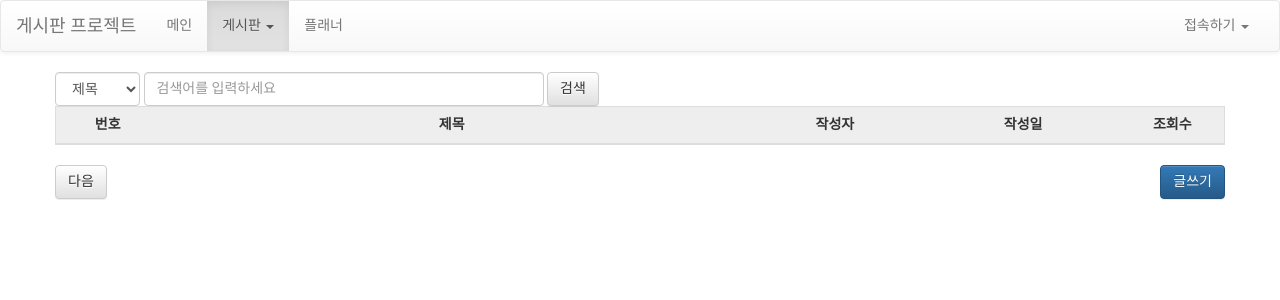
Repository: Seok7975/Project_PlannerSharingBoard
Page: http://localhost/ToDoList공유_게시판_ver3/bbs.jsp?bbsCategory=all
An editor plug-in stored every save of this project. The page is shown before and after the next save, followed by the edit.
The browser window is 1280 px wide. The pictures show the whole page.
Some web fonts or font styles are not loaded; a fallback is used. Some web libraries are served in a nearby version. The page is served by Tomcat 9. Other server files are loaded and not shown. Queries for data that is not in the repository find no rows.

Above is the page before, as saved 2024-07-03 08:06:06.

### List_Projects_ver3/ToDoList공유 게시판_ver3/src/main/webapp/bbs.jsp
<!--  게시판 -->

<%-- <%@ page language="java" contentType="text/html; charset=UTF-8"
    pageEncoding="UTF-8"%>
<%@ page import="java.io.PrintWriter" %>
<%@ page import="bbs.BbsDAO" %>
<%@ page import="bbs.Bbs" %>
<%@ page import="java.util.ArrayList" %>
<!DOCTYPE html>
<html>
<head>
<meta http-equiv="Content-Type" content="text/html; charset=UTF-8">
<meta name="viewport" content="width=device-width, initial-scale=1">
<!-- Latest compiled and minified CSS -->
<link rel="stylesheet" href="https://cdn.jsdelivr.net/npm/bootstrap@3.3.7/dist/css/bootstrap.min.css" integrity="sha384-BVYiiSIFeK1dGmJRAkycuHAHRg32OmUcww7on3RYdg4Va+PmSTsz/K68vbdEjh4u" crossorigin="anonymous">
<!-- Optional theme -->
<link rel="stylesheet" href="https://cdn.jsdelivr.net/npm/bootstrap@3.3.7/dist/css/bootstrap-theme.min.css" integrity="sha384-rHyoN1iRsVXV4nD0JutlnGaslCJuC7uwjduW9SVrLvRYooPp2bWYgmgJQIXwl/Sp" crossorigin="anonymous">
<!-- jQuery (necessary for Bootstrap's JavaScript plugins) -->
<script src="https://code.jquery.com/jquery-3.1.1.min.js"></script>
<!-- Latest compiled and minified JavaScript -->
<script src="https://cdn.jsdelivr.net/npm/bootstrap@3.3.7/dist/js/bootstrap.min.js" integrity="sha384-Tc5IQib027qvyjSMfHjOMaLkfuWVxZxUPnCJA7l2mCWNIpG9mGCD8wGNIcPD7Txa" crossorigin="anonymous"></script>
<link rel="stylesheet" href="css/jumbotronCustom.css">
<title>JSP 게시판 웹 사이트</title>
<style type="text/css">
	a, a:hover {
		color : #000000;
		text-decoration: none;
	}
</style>
</head>
<body>
<%
	String userID = null;
	if (session.getAttribute("userID") != null) {
		userID = (String) session.getAttribute("userID");
	}
	int pageNumber = 1;
	if (request.getParameter("pageNumber") != null) {
		pageNumber = Integer.parseInt(request.getParameter("pageNumber"));
	}
%>
	<nav class="navbar navbar-default">
		<div class="container-fluid">
			<div class="navbar-header">
				<button type="button" class="navbar-toggle collapsed" data-toggle="collapse" data-target="#bs-example-navbar-collapse-1" aria-expanded="false">
					<span class="sr-only">Toggle navigation</span>
					<span class="icon-bar"></span>
					<span class="icon-bar"></span>
					<span class="icon-bar"></span>
				</button>
				<a class="navbar-brand" href="main.jsp">게시판 프로젝트</a>
			</div>
			<div class="collapse navbar-collapse" id="bs-example-navbar-collapse-1">
				<ul class="nav navbar-nav">
					<li><a href="main.jsp">메인</a></li>
					<li class="active"><a href="bbs.jsp">게시판</a></li>
					<li><a href="planner/planner.jsp">플래너</a></li>
				</ul>
				<%
					if(userID == null) {
				%>
					<ul class="nav navbar-nav navbar-right">
						<li class="dropdown">
							<a href="#" class="dropdown-toggle" data-toggle="dropdown" role="button" aria-haspopup="true" aria-expanded="false">접속하기 <span class="caret"></span></a>
							<ul class="dropdown-menu">
								<li><a href="joinAndLogin/login.jsp">로그인</a></li>
								<li><a href="joinAndLogin/join.jsp">회원가입</a></li>
							</ul>
						</li>
					</ul>
				<%
					} else {
				%>
						<ul class="nav navbar-nav navbar-right">
						<li class="dropdown">
							<a href="#" class="dropdown-toggle" data-toggle="dropdown" role="button" aria-haspopup="true" aria-expanded="false">회원관리<span class="caret"></span></a>
							<ul class="dropdown-menu">
								<li><a href="logoutAction.jsp">로그아웃</a></li>
							</ul>
						</li>
					</ul>
				<%
					}
				%>
			</div>
		</div>
	</nav>

	<div class="container">
		<div class="row">
			<table class="table table-striped" style="text-align: center; border: 1px solid #dddddd">
				<thead>
					<tr>
						<th style="background-color: #eeeeee; text-align: center;">번호</th>
						<th style="background-color: #eeeeee; text-align: center;">제목</th>
						<th style="background-color: #eeeeee; text-align: center;">작성자</th>
						<th style="background-color: #eeeeee; text-align: center;">작성일</th>
						<th style="background-color: #eeeeee; text-align: center;">조회수</th>
					</tr>
				</thead>
				<tbody> <!-- 예시 -->
					<tr>
					<%
						BbsDAO bbsDAO = new BbsDAO();
						ArrayList<Bbs> list = bbsDAO.getList(pageNumber);
						for(int i = 0; i < list.size(); i++) {
					%>
						<td><%= list.get(i).getBbsID() %></td>
						<td><a href="view.jsp?bbsID=<%= list.get(i).getBbsID() %>"><%= list.get(i).getBbsTitle() %></a></td>
						<td><%= list.get(i).getUserID() %></td>
						<td><%= list.get(i).getBbsDate().substring(0, 11) + list.get(i).getBbsDate().substring(11,13) + "시" + list.get(i).getBbsDate().substring(14, 16) + "분" %></td>
						<td><%= list.get(i).getViewCount() %></td>
					<tr>
					<%
						}
					%>
				</tbody>
			</table>
			<%
				if(pageNumber != 1) {
			%>
				<a href="bbs.jsp?pageNumber=<%=pageNumber - 1%>" class="btn btn-success btn-arraw-left">이전</a>
			<%
				}
				if(bbsDAO.nextPage(pageNumber + 1)) {
			%>
					<a href="bbs.jsp?pageNumber=<%=pageNumber + 1%>" class="btn btn-success btn-arraw-right">다음</a>
			<%
				}
			%>
			<a href="write.jsp" class="btn btn-primary pull-right">글쓰기</a>
		</div>
	</div>
</body>
</html> --%>



<!--  게시판 -->

<%@ page language="java" contentType="text/html; charset=UTF-8"
    pageEncoding="UTF-8"%>
<%@ page import="java.io.PrintWriter" %>
<%@ page import="bbs.BbsDAO" %>
<%@ page import="bbs.Bbs" %>
<%@ page import="java.util.ArrayList" %>
<!DOCTYPE html>
<html>
<head>
<meta http-equiv="Content-Type" content="text/html; charset=UTF-8">
<meta name="viewport" content="width=device-width, initial-scale=1">
<!-- Latest compiled and minified CSS -->
<link rel="stylesheet" href="https://cdn.jsdelivr.net/npm/bootstrap@3.3.7/dist/css/bootstrap.min.css" integrity="sha384-BVYiiSIFeK1dGmJRAkycuHAHRg32OmUcww7on3RYdg4Va+PmSTsz/K68vbdEjh4u" crossorigin="anonymous">
<!-- Optional theme -->
<link rel="stylesheet" href="https://cdn.jsdelivr.net/npm/bootstrap@3.3.7/dist/css/bootstrap-theme.min.css" integrity="sha384-rHyoN1iRsVXV4nD0JutlnGaslCJuC7uwjduW9SVrLvRYooPp2bWYgmgJQIXwl/Sp" crossorigin="anonymous">
<link rel="stylesheet" href="css/bbsStyle.css"> <!-- 외부 CSS 파일 참조 -->
<!-- jQuery (necessary for Bootstrap's JavaScript plugins) -->
<script src="https://code.jquery.com/jquery-3.1.1.min.js"></script>
<!-- Latest compiled and minified JavaScript -->
<script src="https://cdn.jsdelivr.net/npm/bootstrap@3.3.7/dist/js/bootstrap.min.js" integrity="sha384-Tc5IQib027qvyjSMfHjOMaLkfuWVxZxUPnCJA7l2mCWNIpG9mGCD8wGNIcPD7Txa" crossorigin="anonymous"></script>
<link rel="stylesheet" href="css/jumbotronCustom.css">
<title>JSP 게시판 웹 사이트</title>
<style>
    .navbar-nav > .dropdown:hover > .dropdown-menu {
        display: block;
    }
</style>
</head>
<body>
<%
    String userID = null;
    if (session.getAttribute("userID") != null) {
        userID = (String) session.getAttribute("userID");
    }
    int pageNumber = 1;
    if (request.getParameter("pageNumber") != null) {
        pageNumber = Integer.parseInt(request.getParameter("pageNumber"));
    }
    String searchType = request.getParameter("searchType");
    String searchKeyword = request.getParameter("searchKeyword");
    String bbsCategory = request.getParameter("bbsCategory");
%>
    <nav class="navbar navbar-default">
        <div class="container-fluid">
            <div class="navbar-header">
                <button type="button" class="navbar-toggle collapsed" data-toggle="collapse" data-target="#bs-example-navbar-collapse-1" aria-expanded="false">
                    <span class="sr-only">Toggle navigation</span>
                    <span class="icon-bar"></span>
                    <span class="icon-bar"></span>
                    <span class="icon-bar"></span>
                </button>
                <a class="navbar-brand" href="main.jsp">게시판 프로젝트</a>
            </div>
            <div class="collapse navbar-collapse" id="bs-example-navbar-collapse-1">
                <ul class="nav navbar-nav">
                    <li><a href="main.jsp">메인</a></li>
                    <li class="dropdown active">
                        <a href="#" class="dropdown-toggle" data-toggle="dropdown" role="button" aria-haspopup="true" aria-expanded="false">게시판 <span class="caret"></span></a>
                        <ul class="dropdown-menu">
                            <li><a href="bbs.jsp?bbsCategory=free">자유게시판</a></li>
                            <li><a href="bbs.jsp?bbsCategory=study">공부게시판</a></li>
                            <li><a href="bbs.jsp?bbsCategory=exercise">운동게시판</a></li>
                        </ul>
                    </li>
                    <li><a href="planner/planner.jsp">플래너</a></li>
                </ul>
                <%
                    if(userID == null) {
                %>
                    <ul class="nav navbar-nav navbar-right">
                        <li class="dropdown">
                            <a href="#" class="dropdown-toggle" data-toggle="dropdown" role="button" aria-haspopup="true" aria-expanded="false">접속하기 <span class="caret"></span></a>
                            <ul class="dropdown-menu">
                                <li><a href="joinAndLogin/login.jsp">로그인</a></li>
                                <li><a href="joinAndLogin/join.jsp">회원가입</a></li>
                            </ul>
                        </li>
                    </ul>
                <%
                    } else {
                %>
                        <ul class="nav navbar-nav navbar-right">
                        <li class="dropdown">
                            <a href="#" class="dropdown-toggle" data-toggle="dropdown" role="button" aria-haspopup="true" aria-expanded="false">회원관리<span class="caret"></span></a>
                            <ul class="dropdown-menu">
                            	<li><a href="profile.jsp">My Profile</a></li>
                                <li><a href="joinAndLogin/logoutAction.jsp">로그아웃</a></li>
                            </ul>
                        </li>
                    </ul>
                <%
                    }
                %>
            </div>
        </div>
    </nav>

    <div class="container">
        <div class="row">
            <form class="form-inline" method="get" action="bbs.jsp">
                <div class="form-group">
                    <select class="form-control" name="searchType">
                        <option value="title" <%= "title".equals(searchType) ? "selected" : "" %>>제목</option>
                        <option value="content" <%= "content".equals(searchType) ? "selected" : "" %>>내용</option>
                        <option value="writer" <%= "writer".equals(searchType) ? "selected" : "" %>>작성자</option>
                    </select>
                </div>
                <div class="form-group">
                    <input type="text" class="form-control" name="searchKeyword" placeholder="검색어를 입력하세요" value="<%= (searchKeyword != null && !searchKeyword.equals("")) ? searchKeyword : "" %>" style="width: 400px;">
                </div>
                <button type="submit" class="btn btn-default">검색</button>
            </form>
            <table class="table table-striped" style="text-align: center; border: 1px solid #dddddd">
                <thead>
                    <tr>
                        <th class="number-col" style="background-color: #eeeeee; text-align: center;">번호</th>
                        <th class="title-col" style="background-color: #eeeeee; text-align: center;">제목</th>
                        <th class="writer-col" style="background-color: #eeeeee; text-align: center;">작성자</th>
                        <th class="date-col"style="background-color: #eeeeee; text-align: center;">작성일</th>
                        <th class="viewCount-col"style="background-color: #eeeeee; text-align: center;">조회수</th>
                    </tr>
                </thead>
                <tbody>
                    <%
                        BbsDAO bbsDAO = new BbsDAO();
                        ArrayList<Bbs> list;
                        int totalPage;
                        if (searchKeyword != null && !searchKeyword.equals("")) { // 검색어가 있을 때
                            list = bbsDAO.searchList(pageNumber, searchType, searchKeyword, bbsCategory);
                            totalPage = (bbsDAO.getSearchPostCount(searchType, searchKeyword, bbsCategory) + 9) / 10; // 검색 결과의 총 페이지 수 계산
                        } else { // 검색어가 없을 때
                            list = bbsDAO.getListByCategory(bbsCategory, pageNumber);
                            totalPage = bbsDAO.getTotalPageCountByCategory(bbsCategory); // 카테고리별 게시물의 총 페이지 수 계산
                        }
                        for(int i = 0; i < list.size(); i++) {
                    %>
                        <tr>
                            <td><%= list.get(i).getBbsID() %></td>
                            <td><a href="view.jsp?bbsID=<%= list.get(i).getBbsID() %>"><%= list.get(i).getBbsTitle() %></a></td>
                            <td><%= list.get(i).getUserID() %></td>
                            <td><%= list.get(i).getBbsDate().substring(0, 11) + list.get(i).getBbsDate().substring(11,13) + "시" + list.get(i).getBbsDate().substring(14, 16) + "분" %></td>
                            <td><%= list.get(i).getViewCount() %></td>
                        </tr>
                    <%
                        }
                    %>
                </tbody>
            </table>
            <div style="text-align: center;">
                <%
                    int pageBlock = 5;
                    int startPage = ((pageNumber - 1) / pageBlock) * pageBlock + 1;
                    int endPage = startPage + pageBlock - 1;

                    if(pageNumber != 1) {
                %>
                    <a href="bbs.jsp?pageNumber=<%= pageNumber - 1 %>&searchType=<%= searchType %>&searchKeyword=<%= (searchKeyword != null && !searchKeyword.equals("")) ? searchKeyword : "" %>&bbsCategory=<%= bbsCategory %>" class="btn btn-default pull-left">이전</a>
                <%
                    }
                    for (int i = startPage; i <= endPage && i <= totalPage; i++) {
                %>
                    <a href="bbs.jsp?pageNumber=<%= i %>&searchType=<%= searchType %>&searchKeyword=<%= (searchKeyword != null && !searchKeyword.equals("")) ? searchKeyword : "" %>&bbsCategory=<%= bbsCategory %>" class="btn <%= (i == pageNumber) ? "btn-primary pull-left" : "btn-default pull-left" %>"><%= i %></a>
                <%
                    }
                    if(pageNumber != totalPage) {
                %>
                    <a href="bbs.jsp?pageNumber=<%= pageNumber + 1 %>&searchType=<%= searchType %>&searchKeyword=<%= (searchKeyword != null && !searchKeyword.equals("")) ? searchKeyword : "" %>&bbsCategory=<%= bbsCategory %>" class="btn btn-default pull-left">다음</a>
                <%
                    }
                %>
                <a href="write.jsp" class="btn btn-primary pull-right">글쓰기</a>
            </div>
        </div>
    </div>
</body>
</html>

### List_Projects_ver3/ToDoList공유 게시판_ver3/src/main/webapp/css/bbsStyle.css
@charset "UTF-8";
/* body {
     background-color: #e0f7fa;   생동감 있는 옅은 파란색 배경
} */

a, a:hover {
    color : #000000;
    text-decoration: none;
}

.table {
    width: 100%;
    table-layout: fixed;
    border-collapse: collapse;
}

.table th.number-col {
    width: 8%;
}
.table th.title-col {
    width: 45%;
}
.table th.writer-col {
    width: 14%;
}

.table th.date-col {
	width: 15%;
}

.table th.viewCount-col {
	width: 8%;
}

.table th, .table td {
	/* border: 1px solid #ddd; */
	white-space: nowrap;
	overflow: hidden;
	text-overflow: ellipsis;
}

.table td {
    text-align: center;
    /* border: 1px solid #dddddd; */
       background-color: #fefefe;
}

### List_Projects_ver3/ToDoList공유 게시판_ver3/src/main/webapp/css/jumbotronCustom.css

@import url(http://fonts.googleapis.com/earlyaccess/nanumgothic.css);
@import url(http://fonts.googleapis.com/earlyaccess/hanna.css);
* {
	font-family : 'Nanum Gothic';
}

h1 {
	font-family : 'Hanna';
}

Loaded but not shown: List_Projects_ver3/ToDoList공유 게시판_ver3/src/main/java/bbs/BbsDAO.java (332 lines, source omitted)

After the next save:
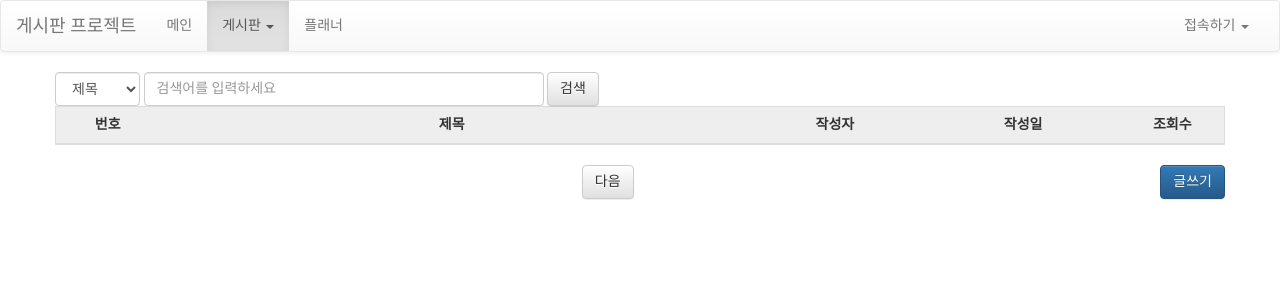
Saved 28 min 29 s later.
--- a/List_Projects_ver3/ToDoList공유 게시판_ver3/src/main/webapp/bbs.jsp
+++ b/List_Projects_ver3/ToDoList공유 게시판_ver3/src/main/webapp/bbs.jsp
@@ -137,7 +137,6 @@
 
 
 <!--  게시판 -->
-
 <%@ page language="java" contentType="text/html; charset=UTF-8"
     pageEncoding="UTF-8"%>
 <%@ page import="java.io.PrintWriter" %>
@@ -163,6 +162,39 @@
 <style>
     .navbar-nav > .dropdown:hover > .dropdown-menu {
         display: block;
+    }
+    a, a:hover {
+        color : #000000;
+        text-decoration: none;
+    }
+    .table {
+        width: 100%;
+        table-layout: fixed;
+        border-collapse: collapse;
+    }
+    .table th.number-col {
+        width: 8%;
+    }
+    .table th.title-col {
+        width: 45%;
+    }
+    .table th.writer-col {
+        width: 14%;
+    }
+    .table th.date-col {
+        width: 15%;
+    }
+    .table th.viewCount-col {
+        width: 8%;
+    }
+    .table th, .table td {
+        white-space: nowrap;
+        overflow: hidden;
+        text-overflow: ellipsis;
+    }
+    .table td {
+        text-align: center;
+        background-color: #fefefe;
     }
 </style>
 </head>
@@ -278,7 +310,7 @@
                             <td><%= list.get(i).getBbsID() %></td>
                             <td><a href="view.jsp?bbsID=<%= list.get(i).getBbsID() %>"><%= list.get(i).getBbsTitle() %></a></td>
                             <td><%= list.get(i).getUserID() %></td>
-                            <td><%= list.get(i).getBbsDate().substring(0, 11) + list.get(i).getBbsDate().substring(11,13) + "시" + list.get(i).getBbsDate().substring(14, 16) + "분" %></td>
+                            <td><%= list.get(i).getBbsDate().substring(0, 11) + " " + list.get(i).getBbsDate().substring(11,13) + "시 " + list.get(i).getBbsDate().substring(14, 16) + "분" %></td>
                             <td><%= list.get(i).getViewCount() %></td>
                         </tr>
                     <%
@@ -294,17 +326,17 @@
 
                     if(pageNumber != 1) {
                 %>
-                    <a href="bbs.jsp?pageNumber=<%= pageNumber - 1 %>&searchType=<%= searchType %>&searchKeyword=<%= (searchKeyword != null && !searchKeyword.equals("")) ? searchKeyword : "" %>&bbsCategory=<%= bbsCategory %>" class="btn btn-default pull-left">이전</a>
+                    <a href="bbs.jsp?pageNumber=<%= pageNumber - 1 %>&searchType=<%= searchType %>&searchKeyword=<%= (searchKeyword != null && !searchKeyword.equals("")) ? searchKeyword : "" %>&bbsCategory=<%= bbsCategory %>" class="btn btn-default">이전</a>
                 <%
                     }
                     for (int i = startPage; i <= endPage && i <= totalPage; i++) {
                 %>
-                    <a href="bbs.jsp?pageNumber=<%= i %>&searchType=<%= searchType %>&searchKeyword=<%= (searchKeyword != null && !searchKeyword.equals("")) ? searchKeyword : "" %>&bbsCategory=<%= bbsCategory %>" class="btn <%= (i == pageNumber) ? "btn-primary pull-left" : "btn-default pull-left" %>"><%= i %></a>
+                    <a href="bbs.jsp?pageNumber=<%= i %>&searchType=<%= searchType %>&searchKeyword=<%= (searchKeyword != null && !searchKeyword.equals("")) ? searchKeyword : "" %>&bbsCategory=<%= bbsCategory %>" class="btn <%= (i == pageNumber) ? "btn-primary" : "btn-default" %>"><%= i %></a>
                 <%
                     }
                     if(pageNumber != totalPage) {
                 %>
-                    <a href="bbs.jsp?pageNumber=<%= pageNumber + 1 %>&searchType=<%= searchType %>&searchKeyword=<%= (searchKeyword != null && !searchKeyword.equals("")) ? searchKeyword : "" %>&bbsCategory=<%= bbsCategory %>" class="btn btn-default pull-left">다음</a>
+                    <a href="bbs.jsp?pageNumber=<%= pageNumber + 1 %>&searchType=<%= searchType %>&searchKeyword=<%= (searchKeyword != null && !searchKeyword.equals("")) ? searchKeyword : "" %>&bbsCategory=<%= bbsCategory %>" class="btn btn-default">다음</a>
                 <%
                     }
                 %>

After the save that followed:
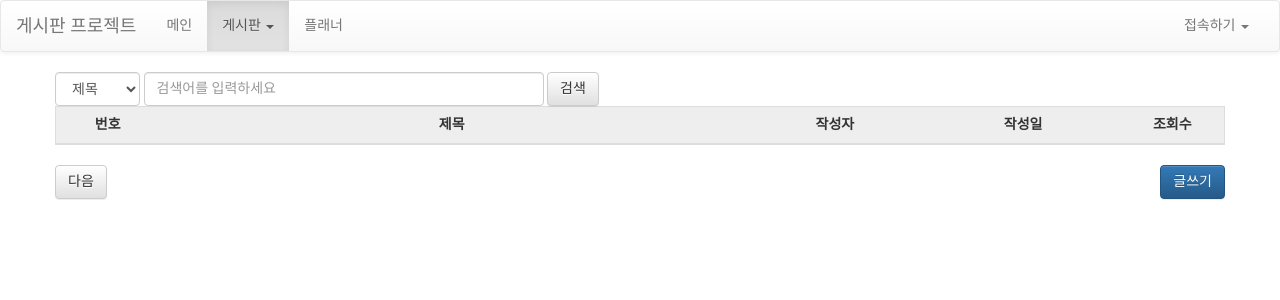
Saved 13 s later.
--- a/List_Projects_ver3/ToDoList공유 게시판_ver3/src/main/webapp/bbs.jsp
+++ b/List_Projects_ver3/ToDoList공유 게시판_ver3/src/main/webapp/bbs.jsp
@@ -137,6 +137,7 @@
 
 
 <!--  게시판 -->
+
 <%@ page language="java" contentType="text/html; charset=UTF-8"
     pageEncoding="UTF-8"%>
 <%@ page import="java.io.PrintWriter" %>
@@ -162,39 +163,6 @@
 <style>
     .navbar-nav > .dropdown:hover > .dropdown-menu {
         display: block;
-    }
-    a, a:hover {
-        color : #000000;
-        text-decoration: none;
-    }
-    .table {
-        width: 100%;
-        table-layout: fixed;
-        border-collapse: collapse;
-    }
-    .table th.number-col {
-        width: 8%;
-    }
-    .table th.title-col {
-        width: 45%;
-    }
-    .table th.writer-col {
-        width: 14%;
-    }
-    .table th.date-col {
-        width: 15%;
-    }
-    .table th.viewCount-col {
-        width: 8%;
-    }
-    .table th, .table td {
-        white-space: nowrap;
-        overflow: hidden;
-        text-overflow: ellipsis;
-    }
-    .table td {
-        text-align: center;
-        background-color: #fefefe;
     }
 </style>
 </head>
@@ -310,7 +278,7 @@
                             <td><%= list.get(i).getBbsID() %></td>
                             <td><a href="view.jsp?bbsID=<%= list.get(i).getBbsID() %>"><%= list.get(i).getBbsTitle() %></a></td>
                             <td><%= list.get(i).getUserID() %></td>
-                            <td><%= list.get(i).getBbsDate().substring(0, 11) + " " + list.get(i).getBbsDate().substring(11,13) + "시 " + list.get(i).getBbsDate().substring(14, 16) + "분" %></td>
+                            <td><%= list.get(i).getBbsDate().substring(0, 11) + list.get(i).getBbsDate().substring(11,13) + "시" + list.get(i).getBbsDate().substring(14, 16) + "분" %></td>
                             <td><%= list.get(i).getViewCount() %></td>
                         </tr>
                     <%
@@ -326,17 +294,17 @@
 
                     if(pageNumber != 1) {
                 %>
-                    <a href="bbs.jsp?pageNumber=<%= pageNumber - 1 %>&searchType=<%= searchType %>&searchKeyword=<%= (searchKeyword != null && !searchKeyword.equals("")) ? searchKeyword : "" %>&bbsCategory=<%= bbsCategory %>" class="btn btn-default">이전</a>
+                    <a href="bbs.jsp?pageNumber=<%= pageNumber - 1 %>&searchType=<%= searchType %>&searchKeyword=<%= (searchKeyword != null && !searchKeyword.equals("")) ? searchKeyword : "" %>&bbsCategory=<%= bbsCategory %>" class="btn btn-default pull-left">이전</a>
                 <%
                     }
                     for (int i = startPage; i <= endPage && i <= totalPage; i++) {
                 %>
-                    <a href="bbs.jsp?pageNumber=<%= i %>&searchType=<%= searchType %>&searchKeyword=<%= (searchKeyword != null && !searchKeyword.equals("")) ? searchKeyword : "" %>&bbsCategory=<%= bbsCategory %>" class="btn <%= (i == pageNumber) ? "btn-primary" : "btn-default" %>"><%= i %></a>
+                    <a href="bbs.jsp?pageNumber=<%= i %>&searchType=<%= searchType %>&searchKeyword=<%= (searchKeyword != null && !searchKeyword.equals("")) ? searchKeyword : "" %>&bbsCategory=<%= bbsCategory %>" class="btn <%= (i == pageNumber) ? "btn-primary pull-left" : "btn-default pull-left" %>"><%= i %></a>
                 <%
                     }
                     if(pageNumber != totalPage) {
                 %>
-                    <a href="bbs.jsp?pageNumber=<%= pageNumber + 1 %>&searchType=<%= searchType %>&searchKeyword=<%= (searchKeyword != null && !searchKeyword.equals("")) ? searchKeyword : "" %>&bbsCategory=<%= bbsCategory %>" class="btn btn-default">다음</a>
+                    <a href="bbs.jsp?pageNumber=<%= pageNumber + 1 %>&searchType=<%= searchType %>&searchKeyword=<%= (searchKeyword != null && !searchKeyword.equals("")) ? searchKeyword : "" %>&bbsCategory=<%= bbsCategory %>" class="btn btn-default pull-left">다음</a>
                 <%
                     }
                 %>
